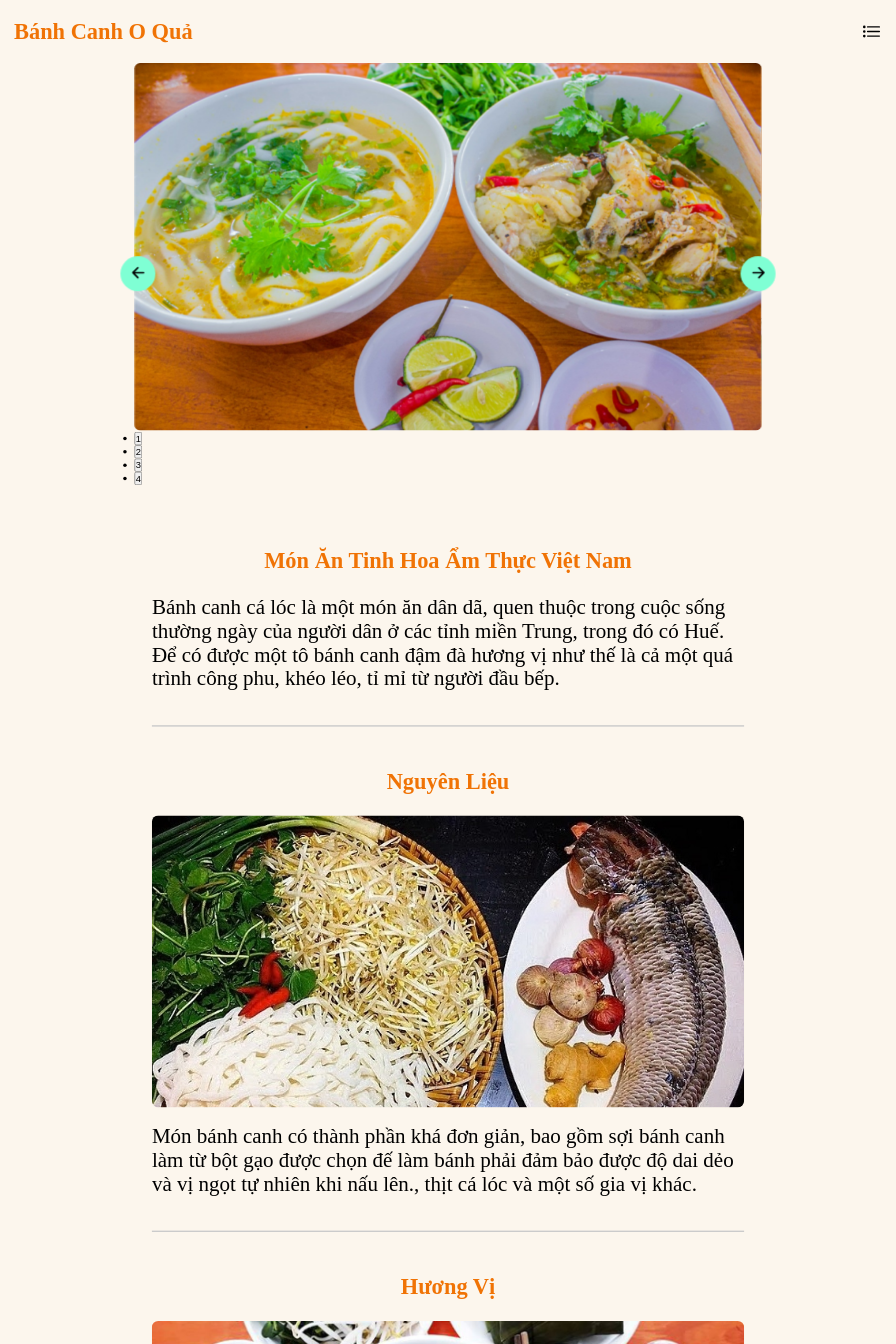
Repository: LeCongTuan2608/AmThuc
Page: index.html
An editor plug-in stored every save of this project. The page is shown before and after a run of saves, followed by the edit.
The browser window is 1280 px wide. The pictures show the part of the page from y = 0 to 1920 px (the page is 3530 px tall), at 70% of full size.
Some web fonts or font styles are not loaded; a fallback is used. Some web libraries are served in a nearby version. The style sheet was rebuilt from its Sass, Less or Tailwind sources for each picture, by a compiler version that may differ from the author's.

Above is the page before, as saved 2022-04-15 13:56:10.

After the next 4 saves:
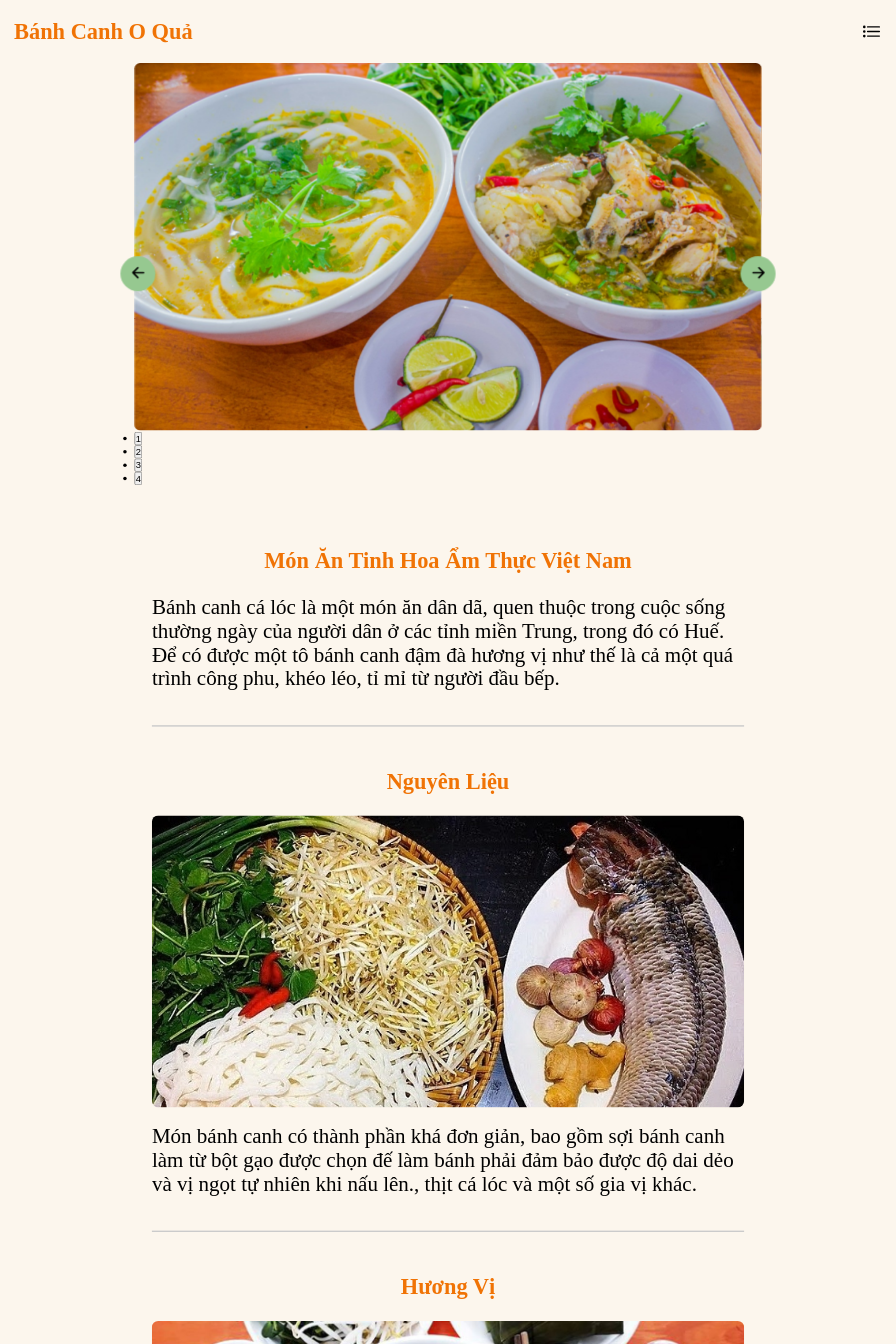
The 4 saves are shown as one change because they came seconds apart.
The last was saved 19 s later.
--- a/sass/index.scss
+++ b/sass/index.scss
@@ -66,7 +66,7 @@ main #container{
     z-index: 2;
     top: 50%;
     transform: translateY(-50%);
-    background-color: aquamarine;
+    background-color: rgb(150, 200, 144);
 }
 .slick-arrow:hover{
     background-color: rgb(70, 145, 191);
